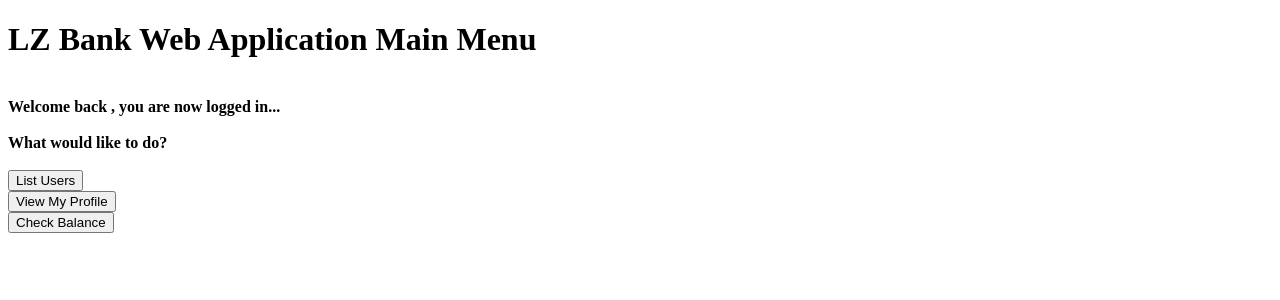
Repository: kingron98/SoftEng-Bank-Web-Application-
Page: http://localhost/SE3_BankWebApp/updateProfile.jsp
An editor plug-in stored every save of this project. The page is shown before and after the next save, followed by the edit.
The browser window is 1280 px wide. The pictures show the whole page.
The page is served by Tomcat 9.

Above is the page before, as saved 2020-12-11 21:00:15.

After the next save:
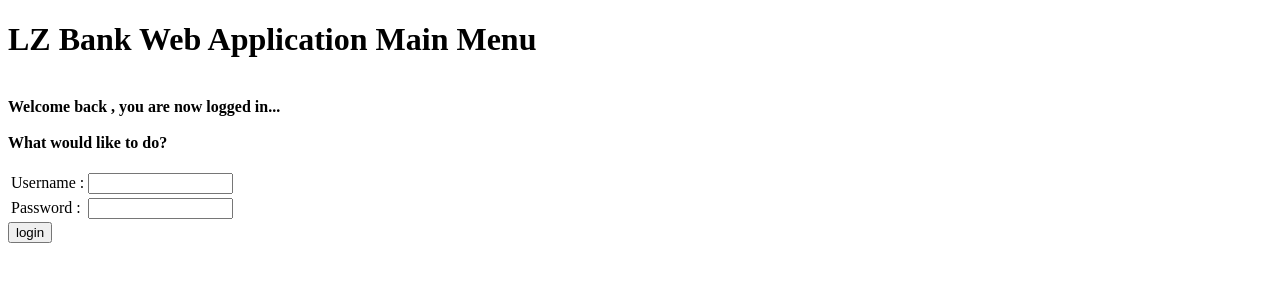
Saved 38 s later.
--- a/SE3 Bank App/Java/Workspace/SE3_BankWebApp/WebContent/updateProfile.jsp
+++ b/SE3 Bank App/Java/Workspace/SE3_BankWebApp/WebContent/updateProfile.jsp
@@ -24,16 +24,17 @@
 	<br/><br/>
 
 	<form action="FrontController" method="post">
-	     <input type="hidden" name="action" value="ListUsers" />
-         <input type="submit" value="List Users" />
-    </form>
-    <form action="FrontController" method="post">
-	     <input type="hidden" name="action" value="ViewUserProfile" />
-         <input type="submit" value="View My Profile" />
-    </form>
-    <form action="FrontController" method="post">
-	     <input type="hidden" name="action" value="CheckBalance" />
-         <input type="submit" value="Check Balance" />
+                <table>
+                    <tr>
+                        <td> Username  : </td><td> <input name="username" size=15 type="text" /> </td>
+                    </tr>
+                    <tr>
+                        <td> Password  : </td><td> <input name="password" size=15 type="password" /> </td>
+                    </tr>
+                </table>
+
+                <input type="hidden" name="action" value="LoginUser" />
+                <input type="submit" value="login" />
     </form>
 
 </body>
